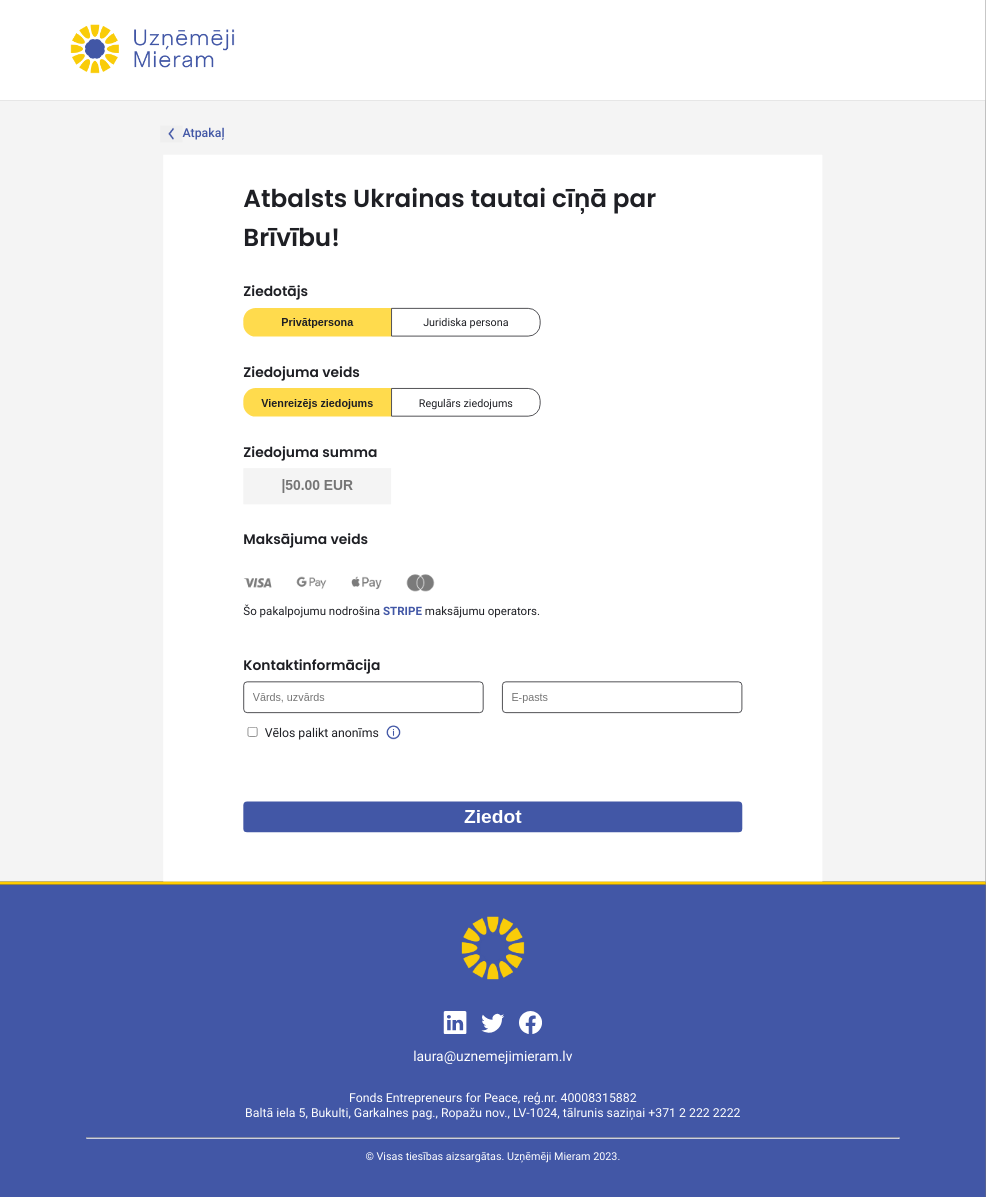
Repository: KatrinaPa/projekts_jul
Page: donate_Ukr-private-onetime.html
These files come from the project's save history. The page is drawn as it stood at one moment and after the next save; the edit follows.
The browser window is 1280 px wide. The pictures show the whole page, at 77% of full size.

Above is the page before, as saved 2023-07-21 11:51:47.
Console error: TypeError: Cannot read properties of null (reading 'addEventListener')

After the next save:
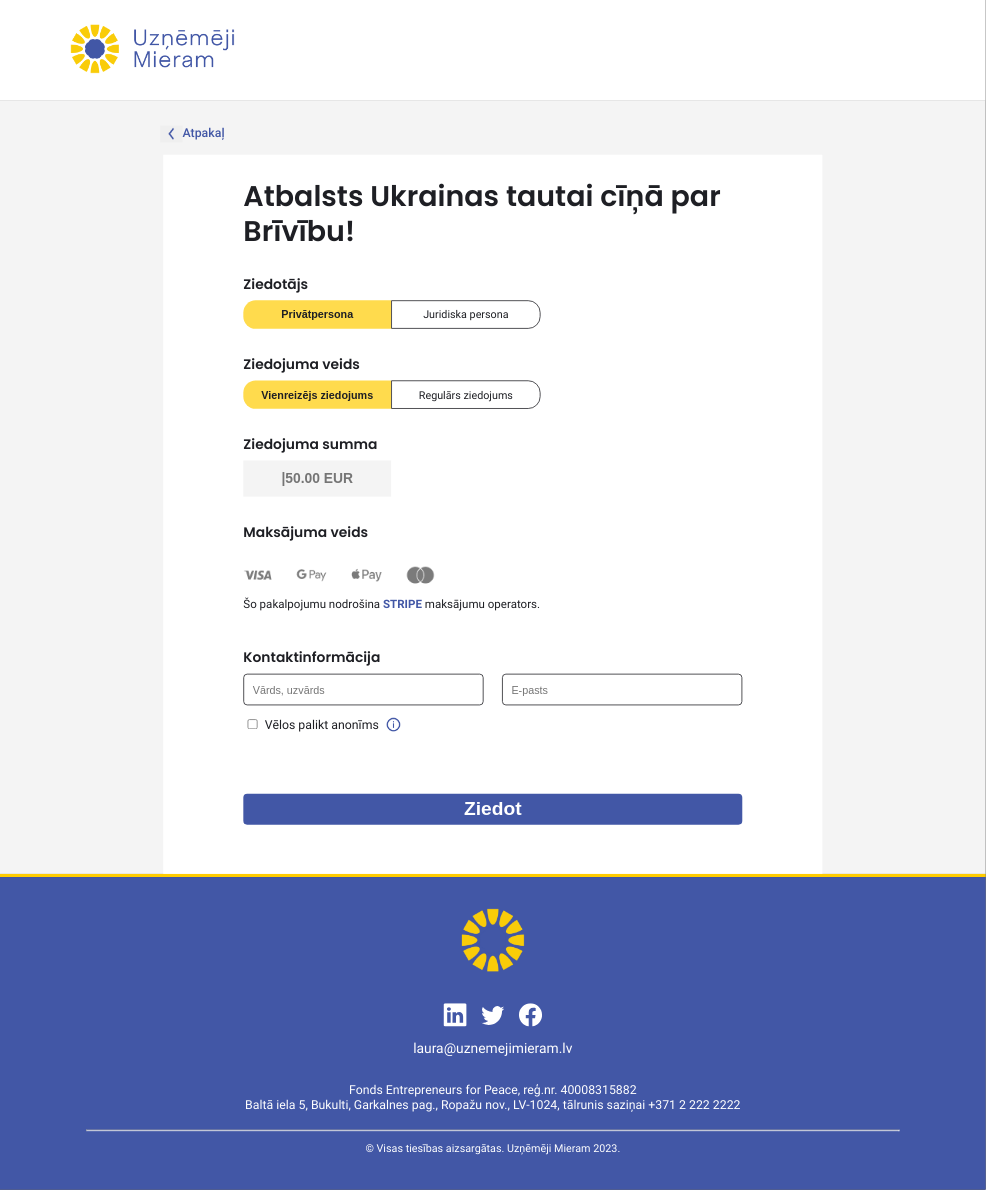
Saved 21 s later.
--- a/assets/donate-page.css
+++ b/assets/donate-page.css
@@ -46,8 +46,8 @@
 h1 {
     color: #1E1F24;
     font-weight: 600;
-    font-size: 32px;
-    line-height: 50px;
+    font-size: 37px;
+    line-height: 45px;
 }
 
 h4 {
